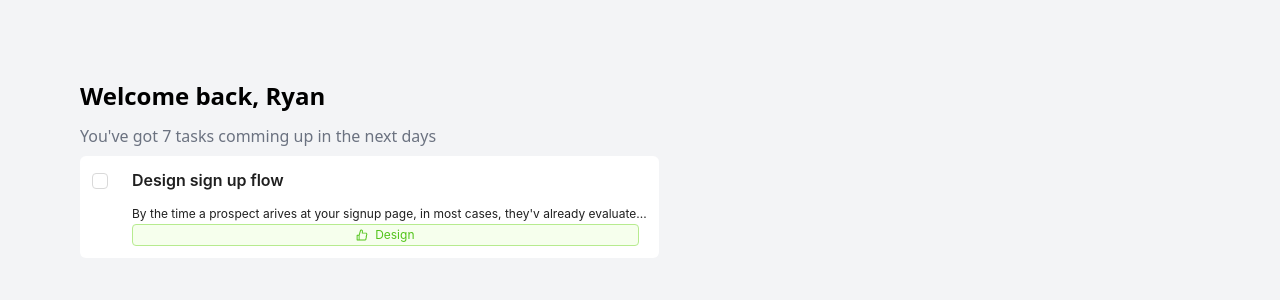
Repository: daohuyhoang9119/TodoApp
Page: /
An editor plug-in stored every save of this project. The page is shown before and after the next save, followed by the edit.
The browser window is 1280 px wide. The pictures show the whole page.
The project was rebuilt for these pictures with package versions that can differ from the ones it lists, and the page was loaded fresh each time. Also part of the build but not shown: vite.config.ts, src/App.css.

Above is the page before, as saved 2023-02-22 10:54:17.

After the next save:
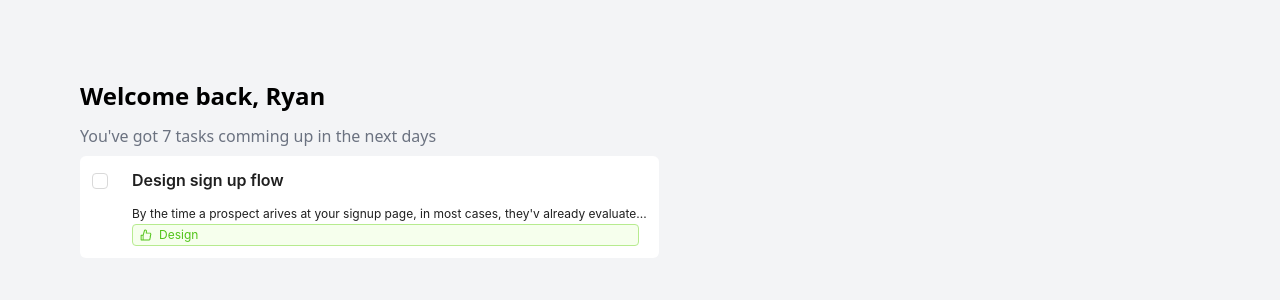
Saved 4 s later.
--- a/src/components/TaskItem/TaskItem.tsx
+++ b/src/components/TaskItem/TaskItem.tsx
@@ -17,11 +17,7 @@ function TaskItem() {
           they'v already evaluate...
         </Text>
         <div className="">
-          <Tag
-            icon={<LikeOutlined />}
-            color="success"
-            className="flex justify-center"
-          >
+          <Tag icon={<LikeOutlined />} color="success" className="flex ">
             Design
           </Tag>
         </div>
